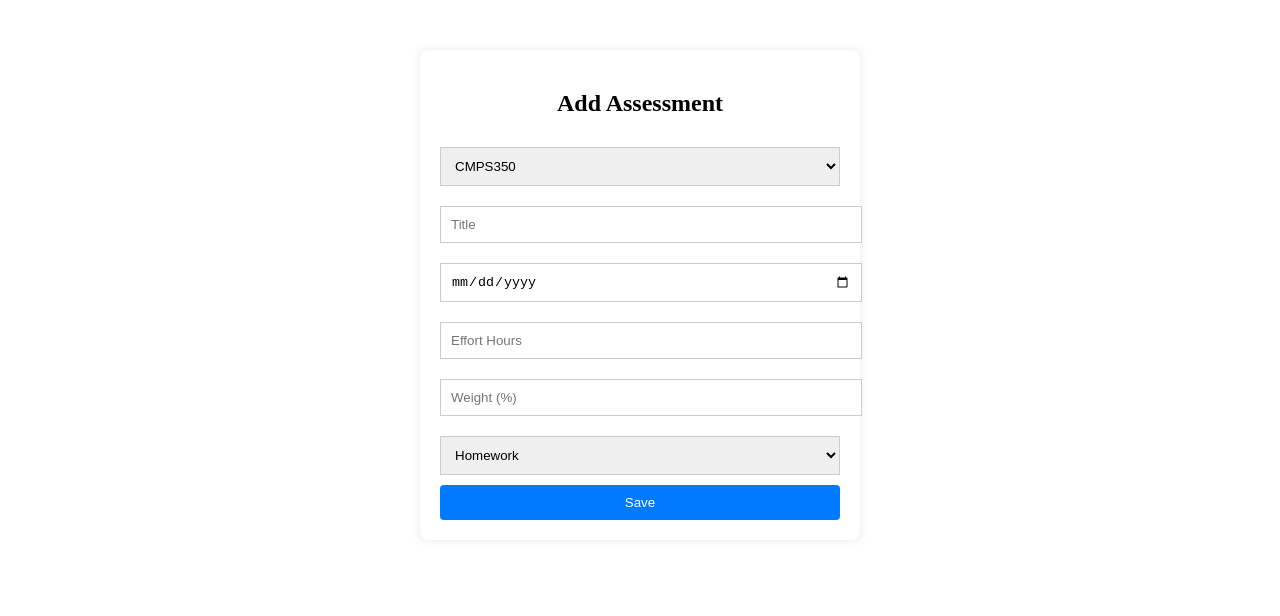
Repository: zunairahamid/Mizan-App
Page: cmps350group7-main/mizan_app/add_assessments/index.html
An editor plug-in stored every save of this project. The page is shown before and after the next save, followed by the edit.
The browser window is 1280 px wide. The pictures show the whole page.

Above is the page before, as saved 2025-03-28 01:59:45.

After the next save:
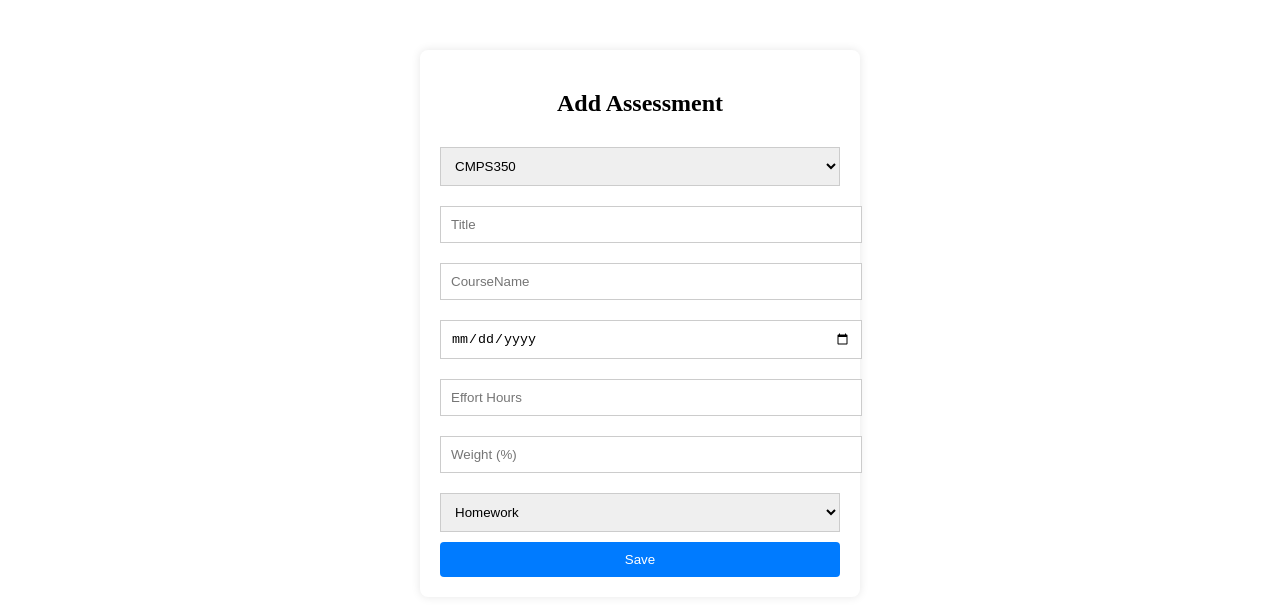
Saved 9 min 39 s later.
--- a/cmps350group7-main/mizan_app/add_assessments/index.html
+++ b/cmps350group7-main/mizan_app/add_assessments/index.html
@@ -12,6 +12,7 @@
     <form id="assessment-form">
         <select id="course" required></select>
         <input type="text" id="title" placeholder="Title" required>
+        <input type="text" id="coursename" placeholder="CourseName" required>
         <input type="date" id="due-date" required>
         <input type="number" id="effort-hours" placeholder="Effort Hours" required>
         <input type="number" id="weight" placeholder="Weight (%)" required>
